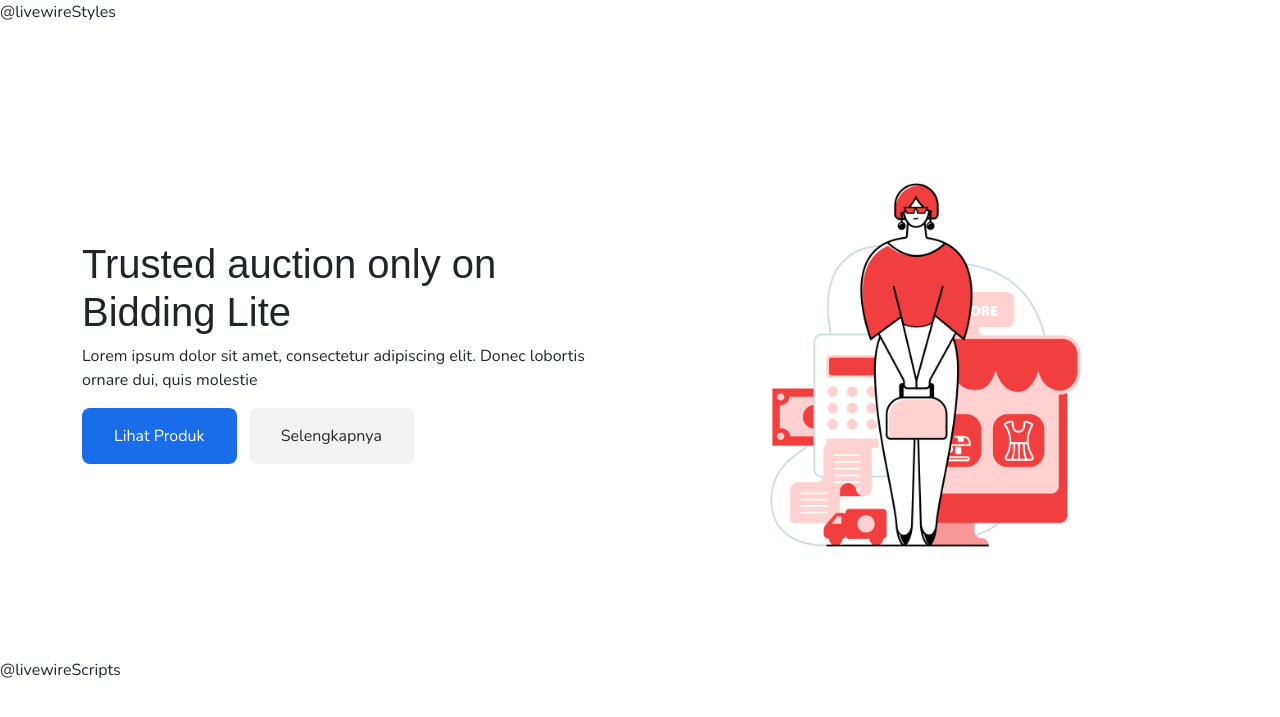
Repository: khulqu15/bidding-lite
Page: http://localhost/
These files come from the project's save history. The page is drawn as it stood at one moment and after the next save; the edit follows.
The browser window is 1280 px wide. The pictures show the whole page.
Some web fonts or font styles are not loaded; a fallback is used. The page is served by the project's Laravel application, run on PHP 8.4 with Laravel 8. Other server files are loaded and not shown. The database holds what the project's SQL file puts in it.

Above is the page before, as saved 2022-03-01 01:11:21.

### routes/web.php
<?php

use App\Http\Controllers\AuctionController;
use App\Http\Controllers\ContactController;
use App\Http\Controllers\PageController;
use App\Http\Controllers\ProductController;
use App\Http\Controllers\TransactionController;
use App\Http\Controllers\UserController;
use App\Http\Livewire\Page\Home;
use App\Models\Transaction;
use Illuminate\Support\Facades\Auth;
use Illuminate\Support\Facades\Route;

/*
|--------------------------------------------------------------------------
| Web Routes
|--------------------------------------------------------------------------
|
| Here is where you can register web routes for your application. These
| routes are loaded by the RouteServiceProvider within a group which
| contains the "web" middleware group. Now create something great!
|
*/

Route::get('/', [PageController::class, 'home'])->name('home');
Route::get('products', [PageController::class, 'products'])->name('products');
Route::get('contact', [PageController::class, 'contact'])->name('contact');
Route::get('product/{id}', [PageController::class, 'product'])->name('product');

Route::get('transaction/auction/{auctionId}', [TransactionController::class, 'create'])->name('transaction.create');
Route::get('transaction/{id}/auction/{auctionId}', [TransactionController::class, 'edit'])->name('transaction.edit');
Route::post('transaction', [TransactionController::class, 'store'])->name('transaction.store');
Route::patch('transaction/{id}', [TransactionController::class, 'update'])->name('transaction.update');
Route::delete('transaction/{id}', [TransactionController::class, 'destroy'])->name('transaction.destroy');
Route::get('transaction/{id}/final', [TransactionController::class, 'finalization'])->name('transaction.final');

Route::get('profile', [PageController::class, 'profile'])->name('profile');
Route::post('auction', [AuctionController::class, 'store'])->name('addAuction');
Route::post('update/user/{id}', [UserController::class, 'update'])->name('updateUser');
Route::post('update/password/{id}', [UserController::class, 'updatePassword'])->name('updatePassword');
Route::post('send/email', [ContactController::class, 'store'])->name('sendEmail');

Route::get('home', [Home::class, 'render']);

Route::group(['middleware' => ['multi.auth', 'auth:sanctum', 'verified']], function() {
    Route::get('/dashboard', [PageController::class, 'dashboard'])->name('dashboard');
    Route::get('/dashboard-product', [PageController::class, 'dashboardProduct'])->name('dashboard.product');
    Route::get('/dashboard-auction', [PageController::class, 'dashboardAuction'])->name('dashboard.auction');
    Route::get('/dashboard-transaction', [PageController::class, 'dashboardTransaction'])->name('dashboard.transaction');
    Route::get('/dashboard-user', [PageController::class, 'dashboardUser'])->name('dashboard.user');
    Route::get('/edit/product/{id}', [PageController::class, 'editProduct'])->name('editProduct');
    Route::post('/store/product', [ProductController::class, 'store'])->name('storeProduct');
    Route::post('/update/product/{id}', [ProductController::class, 'update'])->name('updateProduct');
});

// Route::middleware(['auth:sanctum', 'verified'])->get('/dashboard', function () {
//     if(Auth::check()) {
//         if(Auth::user()->level == null || Auth::user()->level == 'user') {
//             return redirect()->route('home');
//         } else {
//             return view('dashboard');
//         }
//     }
// })->name('dashboard');

### app/Http/Controllers/PageController.php
<?php

namespace App\Http\Controllers;

use App\Models\CategoryProduct;
use App\Models\Product;
use App\Models\Transaction;
use App\Models\User;
use Illuminate\Http\Request;
use Illuminate\Support\Facades\Auth;

class PageController extends Controller
{
    public $product;
    public $ctr;

    public function __construct(Product $product, CategoryProduct $category)
    {
        $this->ctr = $category;
        $this->product = $product;
    }

    public function home(Request $request)
    {
        $query = $this->product->query();
        $product = $query->with('Category');
        if($request->get('name')) {
            $products = $query->where('name', 'LIKE', "%".$request->get('name')."%");
        }
        if($request->get('category')) {
            $products = $query->where('category_id', $request->get('category'));
        }
        $products = $query->where('status', 'aktif')->paginate(6);
        $categories = $this->ctr->paginate(4);
        return view('welcome', compact('products', 'categories'));
    }

    public function dashboardTransaction(Request $request)
    {
        $transactions = Transaction::paginate(10);
        return view('transactions', compact('transactions'));
    }


    public function products(Request $request)
    {
        $query = $this->product->query();
        $product = $query->with('Category');
        if($request->get('name')) {
            $products = $query->where('name', 'LIKE', "%".$request->get('name')."%");
        }
        if($request->get('category')) {
            $products = $query->where('category_id', $request->get('category'));
        }
        $products = $query->where('status', 'aktif')->paginate(6);
        $categories = $this->ctr->paginate(4);
        return view('products', compact('products', 'categories'));
    }

    public function product(Request $request, $id)
    {
        $product = $this->product->find($id);
        return view('product', compact('product'));
    }

    public function profile()
    {
        if(Auth::check()) {
            if(Auth::user()->level == 'admin' || Auth::user()->level == 'petugas') {
                return redirect()->route('dashboard');
            }
            $user = User::with(['Like', 'Like.Product', 'Auction', 'Auction.product'])->where('id', Auth::id())->first();
            return view('profile', compact('user'));
        } else {
            return redirect()->route('login');
        }
    }

    public function contact()
    {
        return view('contact');
    }

    public function dashboard()
    {
        return view('dashboard');
    }

    public function dashboardProduct()
    {
        return view('dashboard-product');
    }

    public function dashboardAuction()
    {
        return view('dashboard-auction');
    }

    public function dashboardUser()
    {
        return view('dashboard-user');
    }

    public function editProduct($id)
    {
        $product = Product::find($id);
        return view('product-edit', compact('product'));
    }
}

### app/Http/Controllers/Controller.php
<?php

namespace App\Http\Controllers;

use GuzzleHttp\Exception\ClientException;
use Illuminate\Foundation\Auth\Access\AuthorizesRequests;
use Illuminate\Foundation\Bus\DispatchesJobs;
use Illuminate\Foundation\Validation\ValidatesRequests;
use Illuminate\Routing\Controller as BaseController;

class Controller extends BaseController
{
    use AuthorizesRequests, DispatchesJobs, ValidatesRequests;

    public function onSuccess($dataType, $data, $requestType = null)
    {
        if($requestType != null) {
            return response()->json([
                'status' => "$dataType $requestType",
                'code' => '200',
                'data' => $data
            ]);
        }
        if($data == null) {
            return response()->json([
                'status' => "$dataType Not Found",
                'code' => '404',
                'message' => "Data $dataType belum ada",
                'data' => $data
            ]);
        }
        return response()->json([
            'status' => "$dataType Founded",
            'code' => '200',
            'message' => "Data $dataType ditemukan",
            'data' => $data
        ]);
    }

    public function onError(\Exception $e)
    {
        if($e instanceof ClientException) {
            $nException = json_decode($e->getResponse()->getBody()->getContents(), true);
            if($nException) {
                $e = new \Exception($nException['reason'], $nException['code']);
            }
        }
        $exceptions = [
            'status' => 'Failed Error',
            'code' => $e->getCode(),
            'error' => $e->getMessage(),
        ];
        return response()->json($exceptions);
    }
}

### app/Models/Product.php
<?php

namespace App\Models;

use Carbon\Carbon;
use Illuminate\Database\Eloquent\Factories\HasFactory;
use Illuminate\Database\Eloquent\Model;

class Product extends Model
{
    use HasFactory;

    protected $table = 'products';

    protected $fillable = ['name', 'close', 'price', 'picture', 'description', 'category_id'];

    public function Category()
    {
        return $this->belongsTo(CategoryProduct::class, 'category_id');
    }

    public function Like()
    {
        return $this->hasMany(LikeProduct::class, 'product_id');
    }

    public function Auction()
    {
        return $this->hasMany(Auction::class, 'product_id');
    }

    public function Transaction()
    {
        return $this->hasMany(Transaction::class);
    }

    // public function getCloseAttribute()
    // {
    //     $date = Carbon::create($this->attributes['close'])->isoFormat('dddd, D MMMM Y');
    //     return $date;
    // }
}

### app/Models/CategoryProduct.php
<?php

namespace App\Models;

use Illuminate\Database\Eloquent\Factories\HasFactory;
use Illuminate\Database\Eloquent\Model;

class CategoryProduct extends Model
{
    use HasFactory;

    protected $table = 'category_products';

    protected $fillable = ['name'];

    public function Product()
    {
        return $this->hasMany(Product::class, 'category_id');
    }
}

### resources/views/welcome.blade.php
@extends('layouts.general')

@section('title', 'Beranda')

@section('content')

<div class="container py-5">
    <div class="row pt-5 pb-4 mt-4">
        <div class="col-md-6 pt-5 mt-5">
            <h1 class="viga">Trusted auction only on Bidding Lite</h1>
            <p>Lorem ipsum dolor sit amet, consectetur adipiscing elit. Donec lobortis ornare dui, quis molestie </p>
            <button class="btn btnm-primary">Lihat Produk</button>
            <button class="btn btnm-light mx-2">Selengkapnya</button>
        </div>
        <div class="col-md-6 py-md-3 py-4 text-center">
            <img src="{{ asset('img/illust/home.png') }}" class="w-75" alt="">
        </div>
    </div>
</div>

@endsection

### resources/views/layouts/general.blade.php
<!DOCTYPE html>
<html lang="{{ str_replace('_', '-', app()->getLocale()) }}">
    <head>
        <meta charset="utf-8">
        <meta name="viewport" content="width=device-width, initial-scale=1">

        <title>Lelangind | @yield('title')</title>

        <link rel="shortcut icon" href="{{ asset('img/logo.png') }}" type="image/x-icon">

        <!-- Fonts -->
        <link href="https://fonts.googleapis.com/css2?family=Nunito:wght@400;600;700&display=swap" rel="stylesheet">
        <link href="https://fonts.googleapis.com/css2?family=Viga:wght@400;600;700&display=swap" rel="stylesheet">
        <link href="https://cdnjs.cloudflare.com/ajax/libs/animate.css/4.1.1/animate.min.css" rel="stylesheet"/>

        {{-- Scripts --}}
        <script src="{{ asset('js/jquery-3.5.1.min.js') }}"></script>
        <script src="{{ asset('js/bootstrap.min.js') }}"></script>
        <script src="{{ asset('js/all.min.js') }}"></script>
        <script src="{{ asset('js/fontawesome.min.js') }}"></script>
        <script src="{{ asset('js/navbar.js') }}"></script>
        <script>
            function scrolling() {
                var doc = document.documentElement
                var top = (window.pageYOffset || document.documentElement.scrollTop) - (doc.clientTop || 0)
                console.log(top)
                if(top >= 150) {
                    $('.navbar').addClass('bg-white shadow animate__animated animate__fadeInDown').removeClass('bg-transparent')
                } else {
                    $('.navbar').removeClass('bg-white shadow animate__animated animate__fadeInDown').removeClass('bg-transparent')
                }
            }
        </script>

        @yield('asset')

        <!-- Styles -->
        <link rel="stylesheet" href="{{ asset('css/bootstrap.min.css') }}">
        <link rel="stylesheet" href="{{ asset('css/all.min.css') }}">
        <link rel="stylesheet" href="{{ asset('css/fontawesome.min.css') }}">
        <link rel="stylesheet" href="{{ asset('css/style.css') }}">
        <style>
            /*! normalize.css v8.0.1 | MIT License | github.com/necolas/normalize.css */html{line-height:1.15;-webkit-text-size-adjust:100%}body{margin:0}a{background-color:transparent}[hidden]{display:none}html{font-family:system-ui,-apple-system,BlinkMacSystemFont,Segoe UI,Roboto,Helvetica Neue,Arial,Noto Sans,sans-serif,Apple Color Emoji,Segoe UI Emoji,Segoe UI Symbol,Noto Color Emoji;line-height:1.5}*,:after,:before{box-sizing:border-box;border:0 solid #e2e8f0}a{color:inherit;text-decoration:inherit}svg,video{display:block;vertical-align:middle}video{max-width:100%;height:auto}.bg-white{--bg-opacity:1;background-color:#fff;background-color:rgba(255,255,255,var(--bg-opacity))}.bg-gray-100{--bg-opacity:1;background-color:#f7fafc;background-color:rgba(247,250,252,var(--bg-opacity))}.border-gray-200{--border-opacity:1;border-color:#edf2f7;border-color:rgba(237,242,247,var(--border-opacity))}.border-t{border-top-width:1px}.flex{display:flex}.grid{display:grid}.hidden{display:none}.items-center{align-items:center}.justify-center{justify-content:center}.font-semibold{font-weight:600}.h-5{height:1.25rem}.h-8{height:2rem}.h-16{height:4rem}.text-sm{font-size:.875rem}.text-lg{font-size:1.125rem}.leading-7{line-height:1.75rem}.mx-auto{margin-left:auto;margin-right:auto}.ml-1{margin-left:.25rem}.mt-2{margin-top:.5rem}.mr-2{margin-right:.5rem}.ml-2{margin-left:.5rem}.mt-4{margin-top:1rem}.ml-4{margin-left:1rem}.mt-8{margin-top:2rem}.ml-12{margin-left:3rem}.-mt-px{margin-top:-1px}.max-w-6xl{max-width:72rem}.min-h-screen{min-height:100vh}.overflow-hidden{overflow:hidden}.p-6{padding:1.5rem}.py-4{padding-top:1rem;padding-bottom:1rem}.px-6{padding-left:1.5rem;padding-right:1.5rem}.pt-8{padding-top:2rem}.fixed{position:fixed}.relative{position:relative}.top-0{top:0}.right-0{right:0}.shadow{box-shadow:0 1px 3px 0 rgba(0,0,0,.1),0 1px 2px 0 rgba(0,0,0,.06)}.text-center{text-align:center}.text-gray-200{--text-opacity:1;color:#edf2f7;color:rgba(237,242,247,var(--text-opacity))}.text-gray-300{--text-opacity:1;color:#e2e8f0;color:rgba(226,232,240,var(--text-opacity))}.text-gray-400{--text-opacity:1;color:#cbd5e0;color:rgba(203,213,224,var(--text-opacity))}.text-gray-500{--text-opacity:1;color:#a0aec0;color:rgba(160,174,192,var(--text-opacity))}.text-gray-600{--text-opacity:1;color:#718096;color:rgba(113,128,150,var(--text-opacity))}.text-gray-700{--text-opacity:1;color:#4a5568;color:rgba(74,85,104,var(--text-opacity))}.text-gray-900{--text-opacity:1;color:#1a202c;color:rgba(26,32,44,var(--text-opacity))}.underline{text-decoration:underline}.antialiased{-webkit-font-smoothing:antialiased;-moz-osx-font-smoothing:grayscale}.w-5{width:1.25rem}.w-8{width:2rem}.w-auto{width:auto}.grid-cols-1{grid-template-columns:repeat(1,minmax(0,1fr))}@media (min-width:640px){.sm\:rounded-lg{border-radius:.5rem}.sm\:block{display:block}.sm\:items-center{align-items:center}.sm\:justify-start{justify-content:flex-start}.sm\:justify-between{justify-content:space-between}.sm\:h-20{height:5rem}.sm\:ml-0{margin-left:0}.sm\:px-6{padding-left:1.5rem;padding-right:1.5rem}.sm\:pt-0{padding-top:0}.sm\:text-left{text-align:left}.sm\:text-right{text-align:right}}@media (min-width:768px){.md\:border-t-0{border-top-width:0}.md\:border-l{border-left-width:1px}.md\:grid-cols-2{grid-template-columns:repeat(2,minmax(0,1fr))}}@media (min-width:1024px){.lg\:px-8{padding-left:2rem;padding-right:2rem}}@media (prefers-color-scheme:dark){.dark\:bg-gray-800{--bg-opacity:1;background-color:#2d3748;background-color:rgba(45,55,72,var(--bg-opacity))}.dark\:bg-gray-900{--bg-opacity:1;background-color:#1a202c;background-color:rgba(26,32,44,var(--bg-opacity))}.dark\:border-gray-700{--border-opacity:1;border-color:#4a5568;border-color:rgba(74,85,104,var(--border-opacity))}.dark\:text-white{--text-opacity:1;color:#fff;color:rgba(255,255,255,var(--text-opacity))}.dark\:text-gray-400{--text-opacity:1;color:#cbd5e0;color:rgba(203,213,224,var(--text-opacity))}}
        </style>

        <style>
            body {
                font-family: 'Nunito';
            }
        </style>
        @livewireStyles
    </head>
    <body class="antialiased" onscroll="scrolling()">
    <livewire:components.navbar/>

        @if(\Session::has('success'))
        <div role="alert" class="alert alert-success alert-dismissible show position-fixed alert-respond fade">
            <ul class="mb-0 pb-0">
                <li>{{ \Session::get('success') }}</li>
            </ul>
            <button type="button" class="btn-close" data-bs-dismiss="alert" aria-label="Close"></button>
        </div>
        @endif
        @if(\Session::has('error'))
        <div role="alert" class="alert alert-danger alert-dismissible show position-fixed alert-respond fade">
            <ul>
                <li>{{ \Session::get('error') }}</li>
            </ul>
            <button type="button" class="btn-close" data-bs-dismiss="alert" aria-label="Close"></button>
        </div>
        @endif

        @yield('content')

    @livewireScripts
    </body>
</html>

### bidding.sql (the tables this page reads)
CREATE TABLE `category_products` (
  `id` bigint(20) UNSIGNED NOT NULL,
  `name` varchar(255) COLLATE utf8mb4_unicode_ci NOT NULL,
  `created_at` timestamp NULL DEFAULT NULL,
  `updated_at` timestamp NULL DEFAULT NULL
) ENGINE=InnoDB DEFAULT CHARSET=utf8mb4 COLLATE=utf8mb4_unicode_ci;

INSERT INTO `category_products` (`id`, `name`, `created_at`, `updated_at`) VALUES
(1, 'MediumVioletRed', '2022-02-04 06:26:01', '2022-02-04 06:26:01'),
(2, 'AntiqueWhite', '2022-02-04 06:26:02', '2022-02-04 06:26:02'),
(3, 'Aquamarine', '2022-02-04 06:26:02', '2022-02-04 06:26:02'),
(4, 'PaleGreen', '2022-02-04 06:26:02', '2022-02-04 06:26:02'),
(5, 'Azure', '2022-02-04 06:26:02', '2022-02-04 06:26:02'),
(6, 'Aqua', '2022-02-04 06:26:02', '2022-02-04 06:26:02'),
(7, 'DarkCyan', '2022-02-04 06:26:02', '2022-02-04 06:26:02'),
(8, 'DarkViolet', '2022-02-04 06:26:02', '2022-02-04 06:26:02'),
(9, 'DarkBlue', '2022-02-04 06:26:02', '2022-02-04 06:26:02'),
(10, 'MediumVioletRed', '2022-02-04 06:26:02', '2022-02-04 06:26:02');

ALTER TABLE `category_products`
  ADD PRIMARY KEY (`id`);

ALTER TABLE `category_products`
  MODIFY `id` bigint(20) UNSIGNED NOT NULL AUTO_INCREMENT, AUTO_INCREMENT=11;

CREATE TABLE `products` (
  `id` bigint(20) UNSIGNED NOT NULL,
  `name` varchar(255) COLLATE utf8mb4_unicode_ci NOT NULL,
  `status` varchar(255) COLLATE utf8mb4_unicode_ci DEFAULT NULL,
  `close` date NOT NULL,
  `picture` varchar(255) COLLATE utf8mb4_unicode_ci NOT NULL,
  `price` decimal(8,2) NOT NULL,
  `description` text COLLATE utf8mb4_unicode_ci NOT NULL,
  `created_at` timestamp NULL DEFAULT NULL,
  `updated_at` timestamp NULL DEFAULT NULL,
  `category_id` bigint(20) UNSIGNED NOT NULL
) ENGINE=InnoDB DEFAULT CHARSET=utf8mb4 COLLATE=utf8mb4_unicode_ci;

INSERT INTO `products` (`id`, `name`, `status`, `close`, `picture`, `price`, `description`, `created_at`, `updated_at`, `category_id`) VALUES
(2, 'Produk6', 'aktif', '2020-01-01', '1.png', '50000.00', 'Lorem ipsum dolor sit amet, los protokaos el mindo elva vin de ala manacos', '2022-02-04 06:26:05', '2022-02-04 06:30:40', 1),
(3, 'Produk7', 'aktif', '2020-02-02', '2.png', '100000.00', 'Lorem ipsum dolor sit amet, los protokaos el mindo elva vin de ala manacos', '2022-02-04 06:26:05', '2022-02-04 06:30:39', 2),
(4, 'Produk8', 'aktif', '2020-03-03', '3.png', '150000.00', 'Lorem ipsum dolor sit amet, los protokaos el mindo elva vin de ala manacos', '2022-02-04 06:26:05', '2022-02-04 06:30:37', 3),
(5, 'Produk9', 'aktif', '2020-04-04', '4.png', '200000.00', 'Lorem ipsum dolor sit amet, los protokaos el mindo elva vin de ala manacos', '2022-02-04 06:26:05', '2022-02-04 06:30:36', 4),
(6, 'Produk10', 'aktif', '2020-05-05', '5.png', '250000.00', 'Lorem ipsum dolor sit amet, los protokaos el mindo elva vin de ala manacos', '2022-02-04 06:26:05', '2022-02-04 06:30:34', 5);

ALTER TABLE `products`
  ADD PRIMARY KEY (`id`),
  ADD KEY `products_category_id_foreign` (`category_id`);

ALTER TABLE `products`
  MODIFY `id` bigint(20) UNSIGNED NOT NULL AUTO_INCREMENT, AUTO_INCREMENT=7;

ALTER TABLE `products`
  ADD CONSTRAINT `products_category_id_foreign` FOREIGN KEY (`category_id`) REFERENCES `category_products` (`id`) ON DELETE CASCADE;

Loaded but not shown: public/js/jquery-3.5.1.min.js (library); public/js/bootstrap.min.js (library); public/js/fontawesome.min.js (library); public/css/bootstrap.min.css (library); public/css/all.min.css (library); public/css/fontawesome.min.css (library); public/css/style.css (440 lines, source omitted)

After the next save:
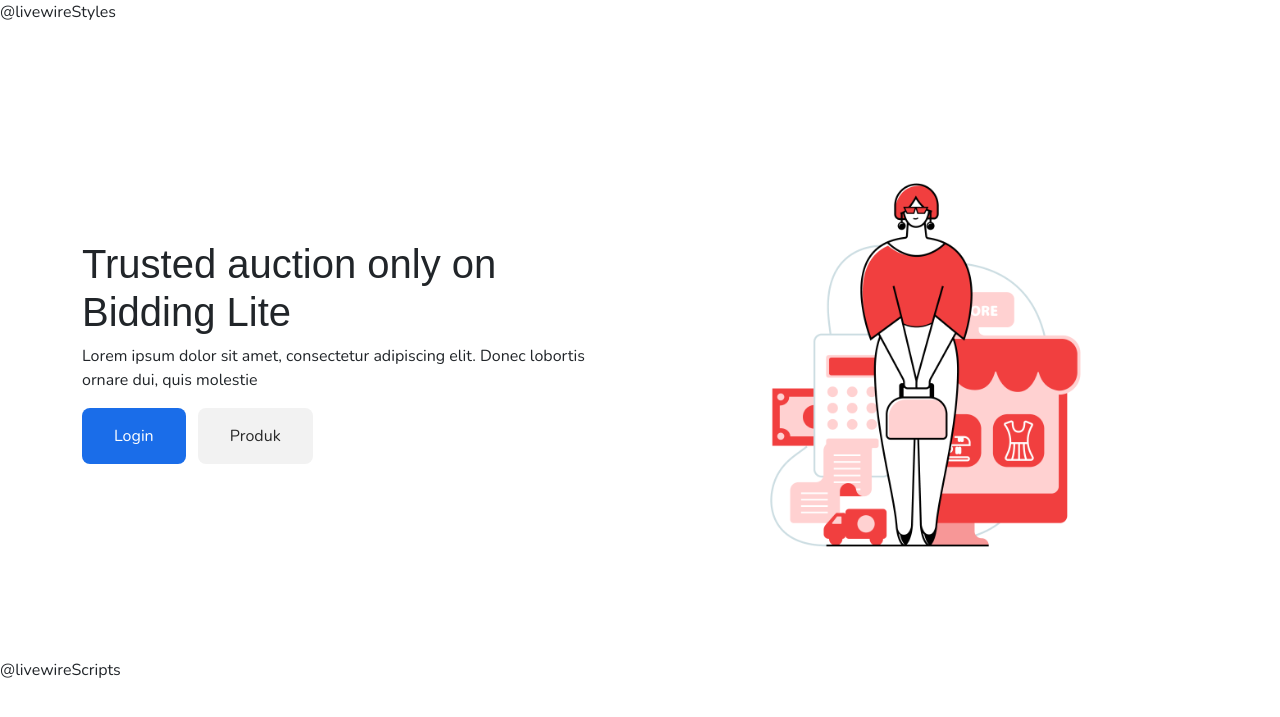
Saved 42 s later.
--- a/resources/views/welcome.blade.php
+++ b/resources/views/welcome.blade.php
@@ -9,8 +9,8 @@
         <div class="col-md-6 pt-5 mt-5">
             <h1 class="viga">Trusted auction only on Bidding Lite</h1>
             <p>Lorem ipsum dolor sit amet, consectetur adipiscing elit. Donec lobortis ornare dui, quis molestie </p>
-            <button class="btn btnm-primary">Lihat Produk</button>
-            <button class="btn btnm-light mx-2">Selengkapnya</button>
+            <button class="btn btnm-primary">Login</button>
+            <button class="btn btnm-light mx-2">Produk</button>
         </div>
         <div class="col-md-6 py-md-3 py-4 text-center">
             <img src="{{ asset('img/illust/home.png') }}" class="w-75" alt="">
